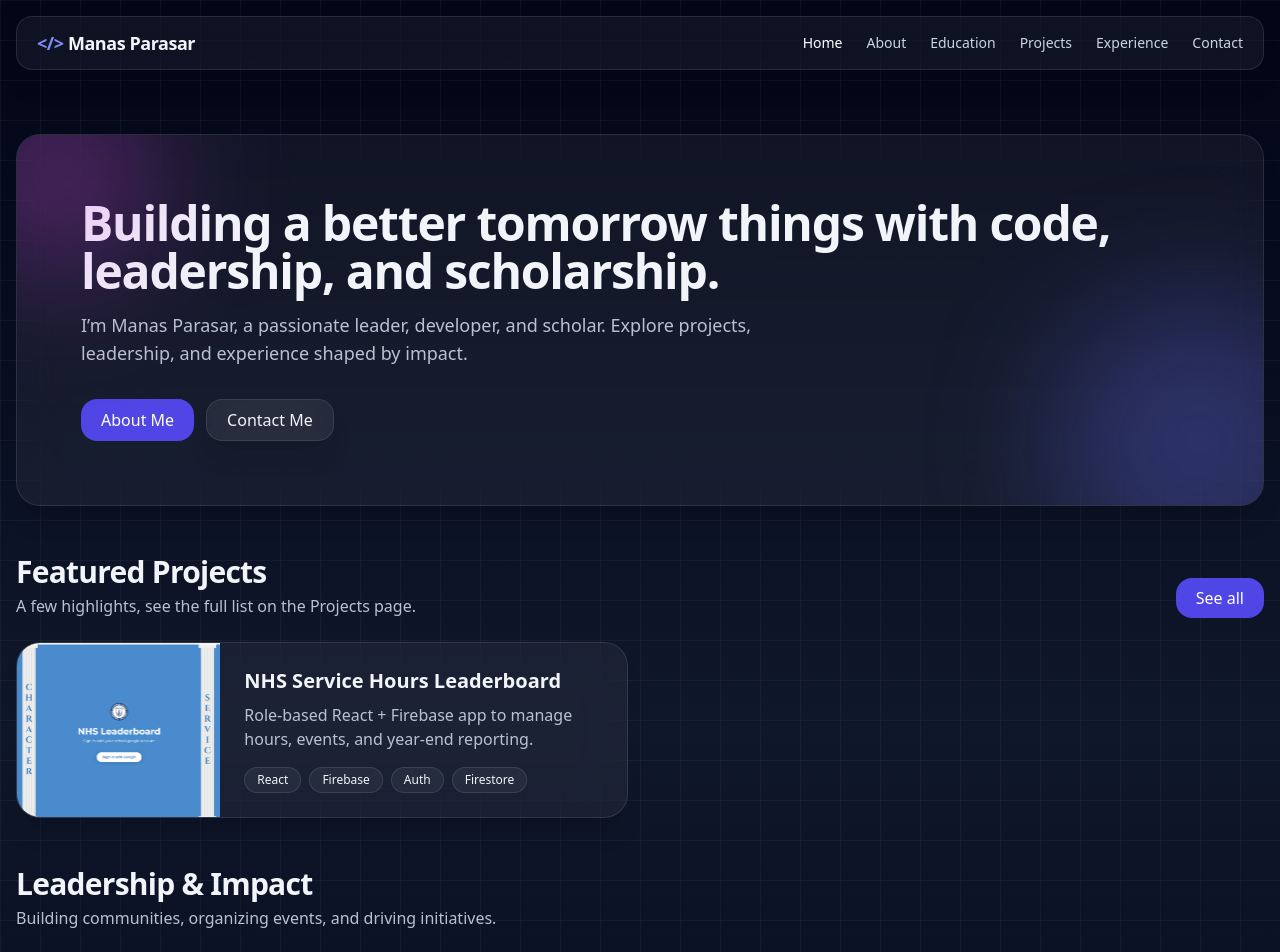
Repository: Manas-Parasar/portfolio-manas-parasar
Page: /
These files come from the project's save history. The page is drawn as it stood at one moment and after the next save; the edit follows.
The browser window is 1280 px wide. The pictures show the part of the page from y = 0 to 952 px (the page is 1454 px tall).
Pictures or frames that could not be fetched are drawn as grey boxes. The project was rebuilt for these pictures with package versions that can differ from the ones it lists, and the page was loaded fresh each time. Also part of the build but not shown: vite.config.js, src/pages/About.jsx, src/pages/Projects.jsx, src/components/TimelineItem.jsx, src/pages/Experience.jsx, src/pages/Contact.jsx. Imported but missing from the stored project, and not drawn on this page: src/assets/Manas Parasar Resume.pdf.

Above is the page before, as saved 2025-08-23 22:48:37.

### index.html
<!DOCTYPE html>
<html lang="en">
  <head>
    <meta charset="UTF-8" />
    <meta name="viewport" content="width=device-width, initial-scale=1.0" />
    <title>Manas Parasar Portfolio</title>
    <meta
      name="description"
      content="Portfolio of Manas Parasar: projects, leadership, research, and impact."
    />
    <link rel="icon" href="/PortfolioFavicon.png" />
  </head>
  <body
    class="min-h-screen bg-gradient-to-b from-slate-950 via-slate-900 to-slate-950 text-slate-100"
  >
    <div id="root"></div>
    <script type="module" src="/src/main.jsx"></script>
  </body>
</html>

### src/main.jsx
import { BrowserRouter } from "react-router-dom";
import "./index.css";
import React from "react";
import ReactDOM from "react-dom/client";
import App from "./App";

ReactDOM.createRoot(document.getElementById("root")).render(
  <React.StrictMode>
    <BrowserRouter>
      <App />
    </BrowserRouter>
  </React.StrictMode>
);

### src/index.css
@tailwind base;
@tailwind components;
@tailwind utilities;

html,
body {
  margin: 0;
  padding: 0;
  box-sizing: border-box;
  overscroll-behavior: none;
  overflow-x: hidden;
}

html {
  background-color: #0aa345; /* slate-900 */
}

html,
body {
  margin: 0;
  padding: 0;
  box-sizing: border-box;
}

html {
  background-color: #0f172a; /* slate-900 */
}

/* Subtle selection & scrollbar tweaks */
::selection {
  background: #175430;
  color: white;
}
::-webkit-scrollbar {
  width: 10px;
}
::-webkit-scrollbar-thumb {
  background: rgba(148, 184, 155, 0.4);
  border-radius: 999px;
}

/* Reusable utilities */
@layer utilities {
  .glass {
    @apply bg-white/5 backdrop-blur-xl border border-white/10 shadow-xl;
  }
  .btn {
    @apply inline-flex items-center gap-2 rounded-2xl px-5 py-2 font-medium transition;
  }
  .btn-primary {
    @apply btn bg-brand-600 hover:bg-brand-500 text-white;
  }
  .btn-ghost {
    @apply btn glass hover:bg-white/10;
  }
  .headline {
    @apply text-4xl md:text-5xl font-extrabold tracking-tight;
  }
  .subtle {
    @apply text-slate-300/90;
  }
}

### src/App.jsx
import { Routes, Route } from "react-router-dom";
import Navbar from "./components/Navbar";
import Footer from "./components/Footer";
import Home from "./pages/Home";
import About from "./pages/About";
import Projects from "./pages/Projects";
import Experience from "./pages/Experience";
import Contact from "./pages/Contact";
import Education from "./pages/Education";

export default function App() {
  return (
    <div className="min-h-screen flex flex-col bg-grid-sheer bg-grid-sheer bg-[length:40px_40px] overflow-hidden">
      <div className="absolute inset-0 -z-10 opacity-70" aria-hidden>
        <div className="absolute -top-40 -left-40 h-96 w-96 rounded-full bg-brand-500 blur-[120px] opacity-30 animate-float" />
      </div>
      <Navbar />
      <main className="container py-10 flex-grow">
        <Routes>
          <Route path="/" element={<Home />} />
          <Route path="/about" element={<About />} />
          <Route path="/education" element={<Education />} />
          <Route path="/projects" element={<Projects />} />
          <Route path="/experience" element={<Experience />} />
          <Route path="/contact" element={<Contact />} />
        </Routes>
      </main>
      <Footer />
    </div>
  );
}

### src/components/Navbar.jsx
import { Link, NavLink } from "react-router-dom";
import { Menu, X } from "lucide-react";
import { useState } from "react";

export default function Navbar() {
  const [open, setOpen] = useState(false);
  const nav = [
    { to: "/", label: "Home" },
    { to: "/about", label: "About" },
    { to: "/education", label: "Education" },
    { to: "/projects", label: "Projects" },
    { to: "/experience", label: "Experience" },
    { to: "/contact", label: "Contact" },
  ];

  const NavItems = ({ onClick }) => (
    <ul className="flex flex-col md:flex-row gap-4 md:gap-6 text-sm">
      {nav.map((n) => (
        <li key={n.to}>
          <NavLink
            to={n.to}
            onClick={onClick}
            className={({ isActive }) =>
              `transition hover:text-white ${
                isActive ? "text-white" : "text-slate-300"
              }`
            }
          >
            {n.label}
          </NavLink>
        </li>
      ))}
    </ul>
  );

  return (
    <header className="sticky top-0 z-50">
      <div className="container mt-4">
        <div className="glass rounded-2xl px-5 py-3 flex items-center justify-between">
          <Link to="/" className="font-black tracking-tight text-lg">
            <span className="text-brand-400">&lt;/&gt;</span> Manas Parasar
          </Link>
          <nav className="hidden md:block">
            <NavItems />
          </nav>
          <button
            className="md:hidden btn-ghost"
            onClick={() => setOpen(!open)}
            aria-label="Toggle Menu"
          >
            {open ? <X size={20} /> : <Menu size={20} />}
          </button>
        </div>
        {open && (
          <div className="md:hidden mt-2 glass rounded-2xl px-5 py-4">
            <NavItems onClick={() => setOpen(false)} />
          </div>
        )}
      </div>
    </header>
  );
}

### src/components/Footer.jsx
export default function Footer() {
  return (
    <footer className="mt-16 pb-10">
      <div className="container glass rounded-2xl p-6 flex flex-col md:flex-row items-center justify-between gap-4">
        <p className="text-sm subtle">
          © {new Date().getFullYear()} Manas Parasar. All rights reserved.
        </p>
        <div className="text-sm subtle flex gap-4">
          <a
            href="https://github.com/"
            target="_blank"
            className="hover:text-white"
          >
            GitHub
          </a>
          <a
            href="https://linkedin.com/"
            target="_blank"
            className="hover:text-white"
          >
            LinkedIn
          </a>
          <a href="mailto:manas@example.com" className="hover:text-white">
            Email
          </a>
        </div>
      </div>
    </footer>
  );
}

### src/pages/Home.jsx
import Hero from "../components/Hero";
import Section from "../components/Section";
import ProjectCard from "../components/ProjectCard";
import nhsLeaderboardScreenshot from "../assets/NHS Leaderboard Screenshot.png";

export default function Home() {
  return (
    <>
      <Hero />

      <Section
        title="Featured Projects"
        subtitle="A few highlights, see the full list on the Projects page."
        cta={
          <a href="/projects" className="btn-primary">
            See all
          </a>
        }
      >
        <div className="grid md:grid-cols-2 gap-6">
          <ProjectCard
            title="NHS Service Hours Leaderboard"
            desc="Role-based React + Firebase app to manage hours, events, and year-end reporting."
            tags={["React", "Firebase", "Auth", "Firestore"]}
            link="https://github.com/Manas-Parasar/NHS-Service-Hours-Leaderboard"
            img={nhsLeaderboardScreenshot}
          />
        </div>
      </Section>

      <Section
        title="Leadership & Impact"
        subtitle="Building communities, organizing events, and driving initiatives."
      >
        <div className="grid md:grid-cols-3 gap-6">
          {[
            {
              title: "NHS President",
              desc: "Led service initiatives, organized events, and introduced data-driven tracking.",
              img: "https://images.unsplash.com/photo-1531482615713-2afd69097998?q=80&w=1400&auto=format&fit=crop",
            },
            {
              title: "Student Government Treasurer",
              desc: "Managed budgets, fundraisers, and transparent reporting.",
              img: "https://images.unsplash.com/photo-1529101091764-c3526daf38fe?q=80&w=1400&auto=format&fit=crop",
            },
            {
              title: "Engineering Club President",
              desc: "Prototyped devices, mentored members, and ran build nights.",
              img: "https://images.unsplash.com/photo-1559339352-11d035aa65de?q=80&w=1400&auto=format&fit=crop",
            },
          ].map((c) => (
            <a
              key={c.title}
              href="/leadership"
              className="group glass rounded-3xl overflow-hidden"
            >
              <img
                src={c.img}
                alt=""
                className="h-44 w-full object-cover group-hover:scale-105 transition"
              />
              <div className="p-5">
                <h3 className="font-semibold">{c.title}</h3>
                <p className="subtle text-sm mt-1">{c.desc}</p>
              </div>
            </a>
          ))}
        </div>
      </Section>
    </>
  );
}

### src/pages/Education.jsx
import { FaJava } from "react-icons/fa";
import {
  SiJavascript,
  SiReact,
  SiPython,
  SiFirebase,
  SiTailwindcss,
  SiGit,
  SiHtml5,
  SiCss3,
  SiCplusplus,
} from "react-icons/si";
import React from "react";

const skills = [
  { name: "Java", icon: <FaJava />, color: "text-red-500" },
  { name: "React", icon: <SiReact />, color: "text-blue-500" },
  { name: "Python", icon: <SiPython />, color: "text-yellow-500" },
  { name: "Firebase", icon: <SiFirebase />, color: "text-yellow-400" },
  { name: "Tailwind", icon: <SiTailwindcss />, color: "text-teal-500" },
  { name: "Git", icon: <SiGit />, color: "text-orange-600" },
  { name: "HTML", icon: <SiHtml5 />, color: "text-orange-500" },
  { name: "CSS", icon: <SiCss3 />, color: "text-blue-600" },
  { name: "JavaScript", icon: <SiJavascript />, color: "text-yellow-300" },
  { name: "C++", icon: <SiCplusplus />, color: "text-blue-700" },
];

export default function Education() {
  return (
    <div className="space-y-6">
      <div className="glass rounded-3xl p-6 hover:shadow-glow transition">
        <h3 className="font-semibold mb-2 text-2xl text-brand-400">College</h3>
        <div className="subtle">
          <p className="font-bold">Paradise Valley Community College</p>
          <p>Associate of Science in Computer Science</p>
          <p>Expected Graduation: May 2026</p>
          <br />
          <p>Associate of Science in Physics</p>
          <p>Expected Graduation: May 2026</p>
          <br />
          <p>Associate of Arts in Mathematics</p>
          <p>Expected Graduation: May 2026</p>
        </div>
      </div>
      <div className="glass rounded-3xl p-6 hover:shadow-glow transition">
        <h3 className="font-semibold mb-2 text-2xl text-brand-400">
          High School
        </h3>
        <div className="subtle">
          <p className="font-bold">
            Arizona Agribusiness & Equine Center - Paradise Valley
          </p>
          <p>High School Diploma</p>
          <p>May 2026</p>
          <p>Phoenix, AZ</p>
        </div>
      </div>
      <div className="glass rounded-3xl p-6 hover:shadow-glow transition">
        <h3 className="font-semibold mb-2 text-2xl text-brand-400">
          Academics & Scores
        </h3>
        <ul className="subtle list-disc list-inside space-y-1">
          <li>Digital SAT: 1530 (770 Math, 760 English)</li>
          <li>ACT: 35 (36 Math, 36 Science, 36 English, 33 Reading)</li>
          <li>GPA: 4.00 (Unweighted)</li>
        </ul>
      </div>
      <div className="glass rounded-3xl p-6 hover:shadow-glow transition">
        <h3 className="font-semibold mb-2 text-2xl text-brand-400">
          Related Coursework
        </h3>
        <div className="grid grid-cols-1 md:grid-cols-2 gap-4 subtle">
          <div>
            <ul className="list-disc list-inside space-y-1">
              <li>Geometry 1-2</li>
              <li>Algebra 3-4</li>
              <li>Pre-Calculus 1-2</li>
              <li>College Algebra/Functions (MAT151)</li>
              <li>Calculus with Analytical Geometry I (MAT220)</li>
              <li>Calculus with Analytical Geometry II (MAT230)</li>
              <li>Biology 1-2</li>
            </ul>
          </div>
          <div>
            <ul className="list-disc list-inside space-y-1">
              <li>Chemistry 1-2</li>
              <li>University Physics I: Mechanics (PHY121)</li>
              <li>Introduction to Computer Science (Java) (CSC110AB)</li>
              <li>
                Object Oriented Programming and Data Structures (CSC205AC)
              </li>
              <li>Digital Design Fundamentals (CSC120)</li>
              <li>
                Introduction to Different Programming Languages (CSC240AA)
              </li>
              <li>Introduction to Logic (PHI103)</li>
            </ul>
          </div>
        </div>
      </div>
      <div className="glass rounded-3xl p-6 hover:shadow-glow transition">
        <h3 className="font-semibold mb-2 text-2xl text-brand-400">Skills</h3>
        <div className="grid grid-cols-2 md:grid-cols-4 gap-4">
          {skills.map((skill, index) => (
            <React.Fragment key={skill.name}>
              {index === 8 && <div className="hidden md:block col-span-1" />}
              <div className="flex items-center gap-4 bg-white/5 p-4 rounded-lg transition-all duration-300 ease-in-out hover:bg-white/10 hover:scale-105 hover:shadow-glow">
                <div className={`text-4xl ${skill.color}`}>{skill.icon}</div>
                <div>
                  <h4 className="font-bold">{skill.name}</h4>
                </div>
              </div>
            </React.Fragment>
          ))}
        </div>
      </div>
    </div>
  );
}

### src/components/Hero.jsx
import { motion } from "framer-motion";

export default function Hero() {
  return (
    <section className="mt-6">
      <div className="relative overflow-hidden rounded-3xl glass p-10 md:p-16">
        <motion.h1
          initial={{ opacity: 0, y: 20 }}
          animate={{ opacity: 1, y: 0 }}
          transition={{ duration: 0.6 }}
          className="headline"
        >
          Building a better tomorrow things with code, leadership, and
          scholarship.
        </motion.h1>
        <motion.p
          initial={{ opacity: 0, y: 20 }}
          animate={{ opacity: 1, y: 0 }}
          transition={{ duration: 0.7, delay: 0.1 }}
          className="mt-4 text-lg subtle max-w-3xl"
        >
          I’m Manas Parasar, a passionate leader, developer, and scholar.
          Explore projects, leadership, and experience shaped by impact.
        </motion.p>
        <motion.div
          initial={{ opacity: 0, y: 20 }}
          animate={{ opacity: 1, y: 0 }}
          transition={{ duration: 0.7, delay: 0.2 }}
          className="mt-8 flex gap-3"
        >
          <a className="btn-primary" href="#/about">
            About Me
          </a>
          <a className="btn-ghost" href="#/contact">
            Contact Me
          </a>
        </motion.div>
        {/* Decorative blobs */}
        <div className="pointer-events-none absolute -right-20 -bottom-20 h-72 w-72 rounded-full bg-brand-500/30 blur-3xl" />
        <div className="pointer-events-none absolute -left-16 -top-16 h-52 w-52 rounded-full bg-fuchsia-500/30 blur-3xl" />
      </div>
    </section>
  );
}

### src/components/Section.jsx
export default function Section({ title, subtitle, children, cta }) {
  return (
    <section className="mt-12">
      <div className="flex items-end justify-between gap-4 mb-6">
        <div>
          <h2 className="text-2xl md:text-3xl font-bold tracking-tight">
            {title}
          </h2>
          {subtitle && <p className="subtle mt-1">{subtitle}</p>}
        </div>
        {cta}
      </div>
      <div className="grid gap-6">{children}</div>
    </section>
  );
}

### src/components/ProjectCard.jsx
import { motion } from "framer-motion";

export default function ProjectCard({
  title,
  desc,
  tags = [],
  img = "https://images.unsplash.com/photo-1522071820081-009f0129c71c?q=80&w=1400&auto=format&fit=crop",
  link = "#",
}) {
  return (
    <motion.a
      href={link}
      target="_blank"
      rel="noreferrer"
      initial={{ opacity: 0, y: 20 }}
      whileInView={{ opacity: 1, y: 0 }}
      viewport={{ once: true }}
      transition={{ duration: 0.5 }}
      className="group glass rounded-3xl overflow-hidden grid md:grid-cols-3"
    >
      <div className="md:col-span-1">
        <img
          src={img}
          alt={title}
          className="h-48 md:h-full w-full object-cover transition group-hover:scale-105"
        />
      </div>
      <div className="md:col-span-2 p-6">
        <h3 className="text-xl font-bold mb-2">{title}</h3>
        <p className="subtle mb-4">{desc}</p>
        <div className="flex flex-wrap gap-2">
          {tags.map((t) => (
            <span
              key={t}
              className="px-3 py-1 rounded-full bg-white/5 text-xs border border-white/10"
            >
              {t}
            </span>
          ))}
        </div>
      </div>
    </motion.a>
  );
}

### tailwind.config.js
/** @type {import('tailwindcss').Config} */
export default {
  content: ["./index.html", "./src/**/*.{js,jsx,ts,tsx}"],
  theme: {
    extend: {
      container: { center: true, padding: "1rem" },
      fontFamily: {
        display: ["Inter", "ui-sans-serif", "system-ui"],
      },
      colors: {
        brand: {
          50: "#eef2ff",
          100: "#e0e7ff",
          200: "#c7d2fe",
          300: "#a5b4fc",
          400: "#818cf8",
          500: "#6366f1",
          600: "#4f46e5",
          700: "#4338ca",
          800: "#3730a3",
          900: "#312e81",
        },
      },
      boxShadow: {
        glow: "0 0 0 0 rgba(99,102,241,0.5), 0 0 80px 10px rgba(99,102,241,0.25)",
      },
      backgroundImage: {
        "grid-sheer":
          "linear-gradient(rgba(255,255,255,0.04) 1px, transparent 1px), linear-gradient(90deg, rgba(255,255,255,0.04) 1px, transparent 1px)",
      },
      backgroundSize: {
        "grid-sheer": "40px 40px",
      },
      animation: {
        float: "float 6s ease-in-out infinite",
        shimmer: "shimmer 4s linear infinite",
      },
      keyframes: {
        float: {
          "0%, 100%": { transform: "translateY(0px)" },
          "50%": { transform: "translateY(-10px)" },
        },
        shimmer: {
          "0%": { backgroundPosition: "-200% 0" },
          "100%": { backgroundPosition: "200% 0" },
        },
      },
    },
  },
  plugins: [],
};

After the next save:
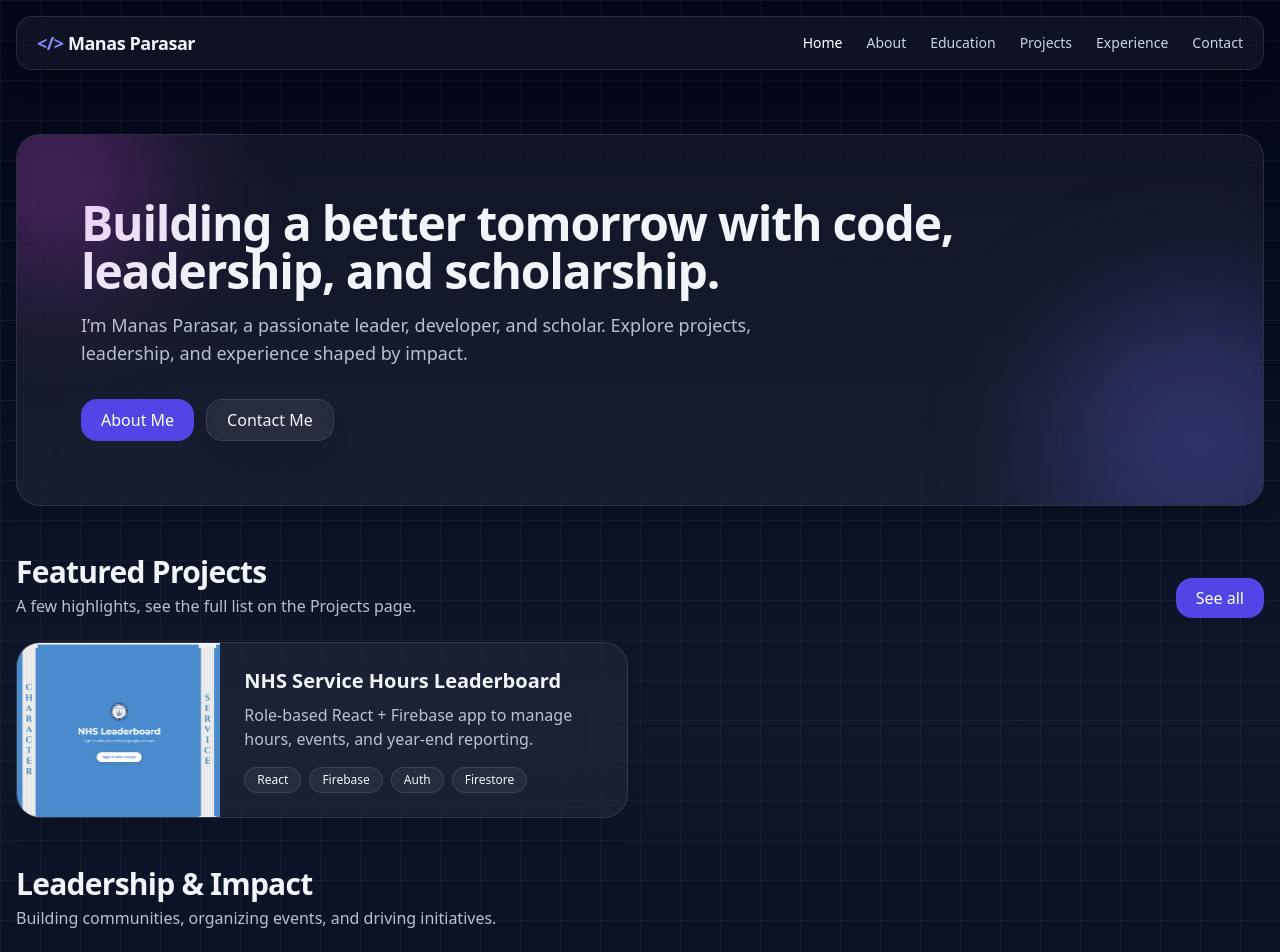
Saved 92 s later.
--- a/src/components/Hero.jsx
+++ b/src/components/Hero.jsx
@@ -10,8 +10,7 @@ export default function Hero() {
           transition={{ duration: 0.6 }}
           className="headline"
         >
-          Building a better tomorrow things with code, leadership, and
-          scholarship.
+          Building a better tomorrow with code, leadership, and scholarship.
         </motion.h1>
         <motion.p
           initial={{ opacity: 0, y: 20 }}
